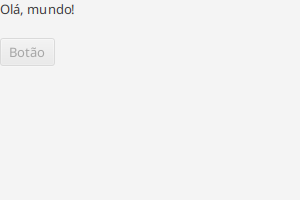
Repository: lucasferrazs/Aulas_Java
Program's window: java aulasdeFX/src/_3nodes/metodosNodes.java
The author's editor kept a copy of each file at every save. The program's window is drawn from the files as they stood at one save, then again after the next save.
It runs on Java 21 on a 1366 x 768 screen with JavaFX 11; the title bar is not drawn.

Above is the program's window before, as saved 2024-06-26 17:32:35.

### aulasdeFX/src/_3nodes/metodosNodes.java
package _3nodes;
import javafx.application.Application;
import javafx.scene.Scene;
import javafx.scene.control.Button;
import javafx.scene.control.Label;
import javafx.scene.layout.VBox;
import javafx.stage.Stage;

import javafx.scene.shape.Rectangle;
public class metodosNodes extends Application {

/*
 Em JavaFX, os nós (nodes) são objetos gráficos que podem ser adicionados a um layout
 e exibidos em uma janela. Existem várias propriedades e métodos comuns que podem ser
 usados para personalizar a aparência e o comportamento dos nós. Aqui estão algumas das
 propriedades e métodos mais comuns:


 */
	@Override
	public void start(Stage primaryStage) {
		  Scene scene = new Scene(new VBox(10), 300, 200);
		  VBox root = (VBox) scene.getRoot();
		/*

		Texto:

		setText(String text): Define o texto do nó.
		getText(): Retorna o texto do nó.
		 */
		Label label = new Label();
		label.setText("Olá, mundo!");
		root.getChildren().add(label);


		/*
		Cor:

		setFill(Paint fill): Define a cor de preenchimento do nó.
		getFill(): Retorna a cor de preenchimento do nó.
		 */
		Rectangle rectangle = new Rectangle();
		rectangle.setFill(javafx.scene.paint.Color.RED);
		root.getChildren().add(rectangle);
		System.out.println(rectangle.getFill()); // imprime "javafx.scene.paint.Color@... (red)"

		/*

		Tamanho:

		setWidth(double width): Define a largura do nó.
		setHeight(double height): Define a altura do nó.
		getWidth(): Retorna a largura do nó.
		getHeight(): Retorna a altura do nó.
		 */
		Rectangle rectangle2 = new Rectangle();
		rectangle2.setWidth(100);
		rectangle2.setHeight(50);
		System.out.println(rectangle2.getWidth()); // imprime 100.0
		System.out.println(rectangle2.getHeight()); // imprime 50.0

		/*

		Posição:

		setLayoutX(double x): Define a posição x do nó na cena.
		setLayoutY(double y): Define a posição y do nó na cena.
		getLayoutX(): Retorna a posição x do nó na cena.
		getLayoutY(): Retorna a posição y do nó na cena.
		 */
		Label label2 = new Label();
		label2.setLayoutX(100);
		label2.setLayoutY(50);
		System.out.println(label2.getLayoutX()); // imprime 100.0
		System.out.println(label2.getLayoutY()); // imprime 50.0

		/*

		Visibilidade:

		setVisible(boolean visible): Define se o nó é visível ou não.
		isVisible(): Retorna se o nó é visível ou não.
		 */
		Label label3 = new Label();
		label3.setVisible(false);
		System.out.println(label3.isVisible()); // imprime false

		/*

		Habilitação:

		setDisable(boolean disable): Define se o nó está habilitado ou não.
		isDisable(): Retorna se o nó está habilitado ou não.
		 */
		Button button = new Button("Botão");
		button.setDisable(true);
		System.out.println(button.isDisable()); // imprime true
		root.getChildren().add(button);

		   primaryStage.setTitle("Meu Aplicativo");
	        primaryStage.setScene(scene);
	        primaryStage.show();
    }

	public static void main(String[] args) {
	    launch(args);
	}
}

After the next save:
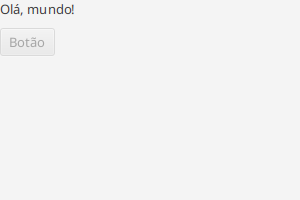
Saved 76 s later.
--- a/aulasdeFX/src/_3nodes/metodosNodes.java
+++ b/aulasdeFX/src/_3nodes/metodosNodes.java
@@ -41,7 +41,7 @@
 		 */
 		Rectangle rectangle = new Rectangle();
 		rectangle.setFill(javafx.scene.paint.Color.RED);
-		root.getChildren().add(rectangle);
+
 		System.out.println(rectangle.getFill()); // imprime "javafx.scene.paint.Color@... (red)"
 
 		/*
